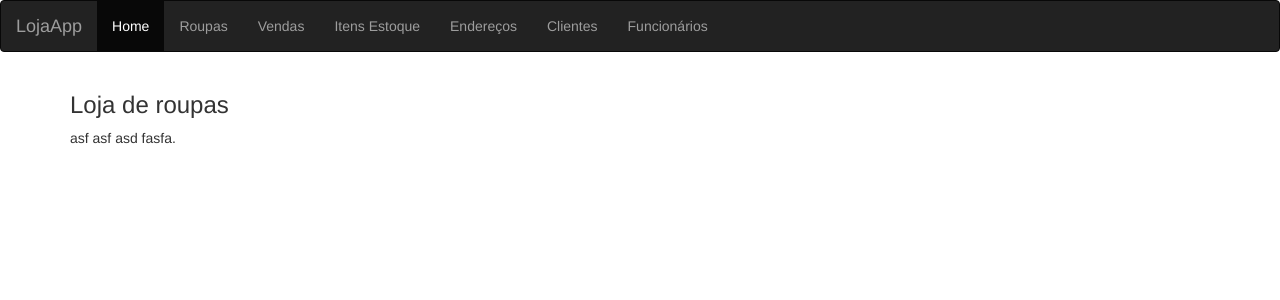
Repository: rafaeldomenici/JavaWeb_AT
Page: rafaeldomenici/src/main/resources/index.html
These files come from the project's save history. The page is drawn as it stood at one moment and after the next save; the edit follows.
The browser window is 1280 px wide. The pictures show the whole page.

Above is the page before, as saved 2024-04-02 15:01:13.

After the next save:
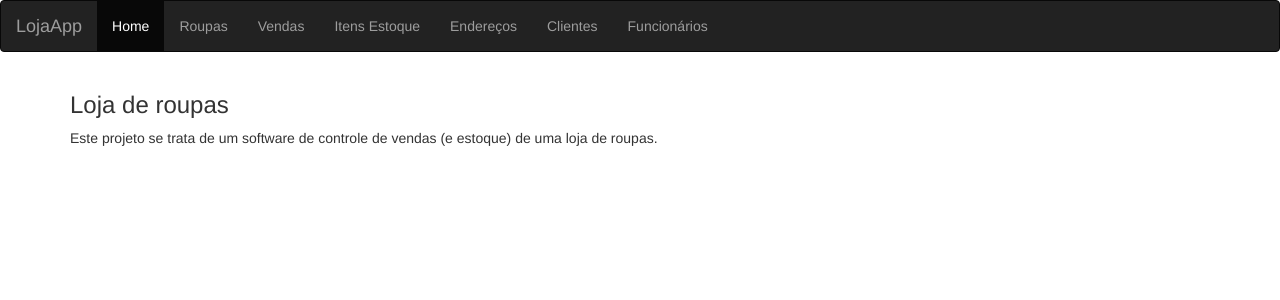
Saved 4 min 1 s later.
--- a/rafaeldomenici/src/main/resources/index.html
+++ b/rafaeldomenici/src/main/resources/index.html
@@ -29,7 +29,7 @@
 
 <div class="container">
   <h3>Loja de roupas</h3>
-  <p>asf asf asd fasfa.</p>
+  <p>Este projeto se trata de um software de controle de vendas (e estoque) de uma loja de roupas.</p>
 </div>
 
 </body>
